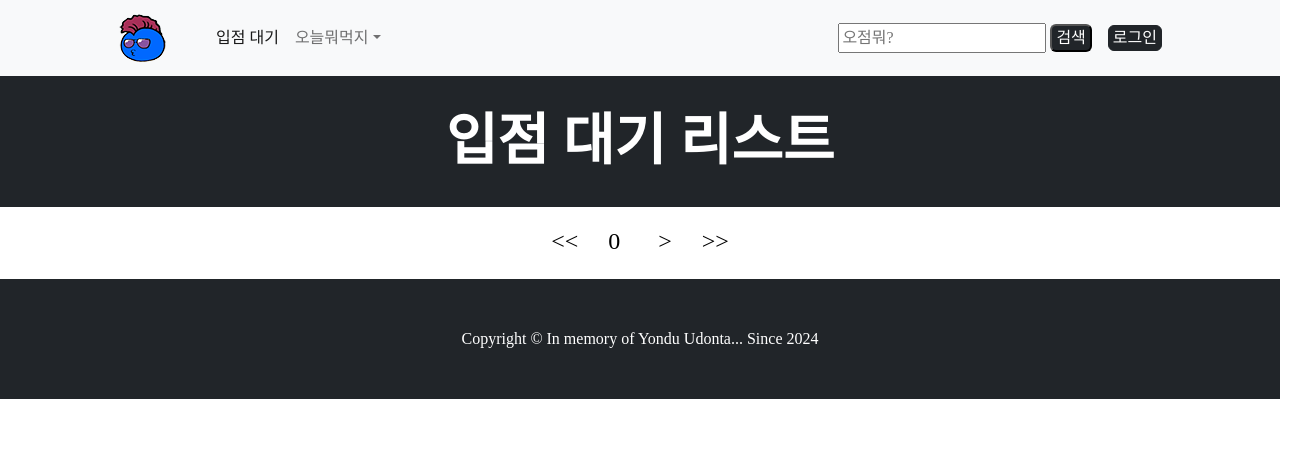
Repository: ashwan94/ydzone
Page: http://localhost/YonduZone/restaurant/vote
The author's editor kept a copy of each file at every save. The page is drawn from the files as they stood at one save, then again after the next save.
The browser window is 1280 px wide. The page is 1292 px wide, so the pictures cover 1292 px, including what lies to the right of the window. The pictures show the whole page.
Some web fonts or font styles are not loaded; a fallback is used. The page is served by Tomcat 9.

Above is the page before, as saved 2024-05-01 22:54:57.

After the next save:
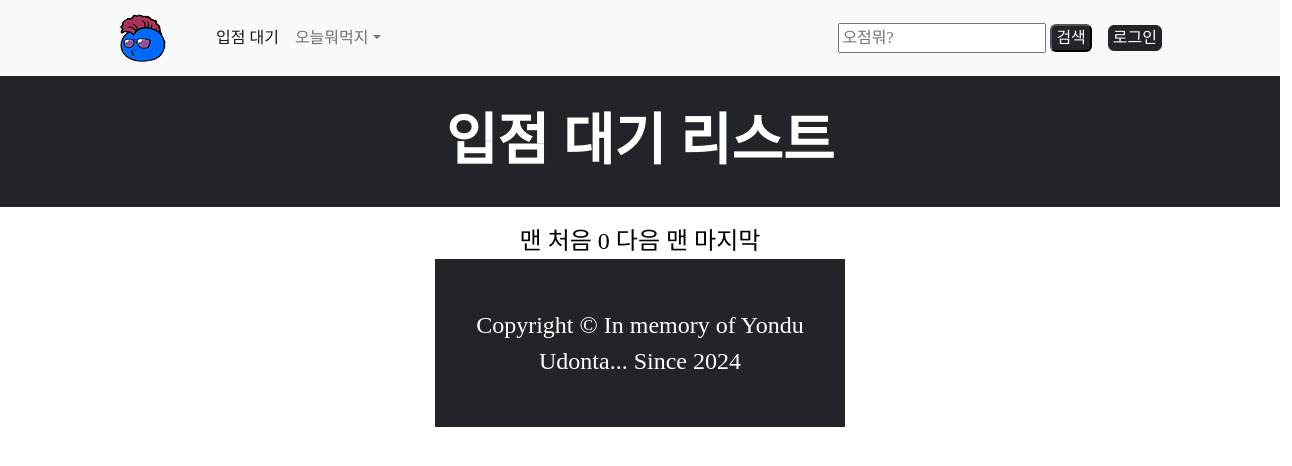
Saved 6 h 25 min later.
--- a/YonduZone/src/main/webapp/WEB-INF/views/restaurant/stanby.jsp
+++ b/YonduZone/src/main/webapp/WEB-INF/views/restaurant/stanby.jsp
@@ -151,32 +151,31 @@
 <div class="row mb-3 text-center fs-4">
 <div class="col-4"></div>
 <div class="col-4 mt-3 mb-1">
+
 <!-- 페이지 링크 -->
-<a href="/restaurant/stanby?currentPageNo=1" class="mx-2">&lt;&lt;</a>
+<a href="/board/list?currentPageNo=1">맨 처음</a>
 <c:if test="${pagination.currentPageNo > 1 }">
-	<a href="/restaurant/stanby?currentPageNo=${pagination.currentPageNo - 1 }" class="mx-3 text-primary">&lt;</a>
+	<a href="/board/list?currentPageNo=${pagination.currentPageNo - 1 }">이전</a>
 </c:if>
 <!-- 디자이너가 작업할 수 있도록 조치함 -->
 <!-- 표시할 게시물이 없으면 '이전' button 을 표시는 하지만, 작동하지 않도록 조치 -->
 <c:if test="${pagination.currentPageNo <= 1 }">
-	<a href="#" class="mx-3">&lt;</a>
+	<a href="#">이전</a>
 </c:if>
 
 <c:forEach begin="${pagination.firstPageNoOnPageList }" end="${pagination.lastPageNoOnPageList }" var="pageNo">
-	<a href="/restaurant/stanby?currentPageNo=${pageNo }" class="mx-3">${pageNo }</a>
+	<a href="/board/list?currentPageNo=${pageNo }">${pageNo }</a>
 </c:forEach>
 
 <c:if test="${pagination.currentPageNo < pagination.totalPageCount}">
-	<a href="/restaurant/stanby?currentPageNo=${pagination.currentPageNo + 1 }" class="mx-3">&gt;</a>
+	<a href="/board/list?currentPageNo=${pagination.currentPageNo + 1 }">다음</a>
 </c:if>
 
 <!-- 디자이너가 작업할 수 있도록 조치함 -->
 <!-- 표시할 게시물이 없으면 '다음' button 을 표시는 하지만, 작동하지 않도록 조치 -->
 <c:if test="${pagination.currentPageNo >= pagination.totalPageCount }">
-	<a href="#" class="mx-3">&gt;</a>
+	<a href="#">다음</a>
 </c:if>
-<a href="/restaurant/stanby?currentPageNo=${pagination.totalPageCount }" class="mx-2">&gt;&gt;</a>
-<div class="col-4"></div>
-</div>
-</div>
+
+<a href="/board/list?currentPageNo=${pagination.totalPageCount }">맨 마지막</a>
 <jsp:include page="/WEB-INF/views/common/footer.jsp"/>
